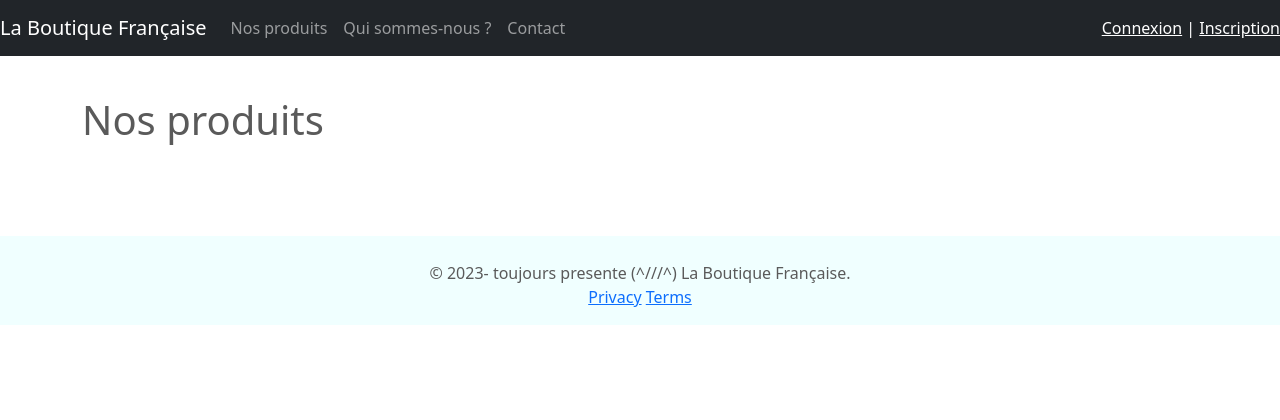
Repository: Coulibaly00180/laboutiquefrancaise
Page: templates/product/index.html.twig
The author's editor kept a copy of each file at every save. The page is drawn from the files as they stood at one save, then again after the next save.
The browser window is 1280 px wide. The pictures show the whole page.
The page is a Twig template of a Symfony application; nobody is signed in and links lead nowhere. The template is opened directly, without the code that normally fills it, so the values that code supplies are empty.

Above is the page before, as saved 2023-03-05 15:51:16.

### templates/product/index.html.twig
{% extends 'base.html.twig' %}

{% block title %}Nos produits - La Boutique Française{% endblock %}

{% block content %}
    <div class="row">
        <div class="col-md-3">
        </div>
        <div class="col-md-9">
        </div>
    </div>
    <h1>Nos produits</h1>

    <div class="row product-container">
        {% for product in products %}
            <div class="col-md-4">
                <div class="product-item text-center">
                    <a href="{{ path('app_product', {'slug': product.slug}) }}"><img src="/uploads/{{ product.illustration }}" alt="{{ product.name }}" class="img-fluid"></a>
                    <h5>{{ product.name }}</h5>
                    <span class="product-subtitle">{{ product.subtitle }}</span>
                    <span class="product-price">{{ (product.price / 100) | number_format(2, ',', '.')}} €</span>
                </div>
            </div>
        {% endfor %}
    </div>

{% endblock %}

### templates/base.html.twig
<!doctype html>
<html lang="fr">
<head>
    <meta charset="utf-8">
    <meta name="viewport" content="width=device-width, initial-scale=1, shrink-to-fit=no">
    <meta name="description" content="">
    <meta name="author" content="Coulibaly Abdoulaye Christian">
    <meta name="generator" content="Jekyll v4.1.1">
    <title>{% block title %}La Boutique Française - 100% Made in French{% endblock %}</title>

    <!-- Bootstrap core CSS -->
    <link href="{{ asset('assets/css/bootstrap.min.css') }}" rel="stylesheet">
    <link href="{{ asset('assets/css/style.css') }}" rel="stylesheet">

    <style>
        .bd-placeholder-img {
            font-size: 1.125rem;
            text-anchor: middle;
            -webkit-user-select: none;
            -moz-user-select: none;
            -ms-user-select: none;
            user-select: none;
        }

        @media (min-width: 768px) {
            .bd-placeholder-img-lg {
                font-size: 3.5rem;
            }
        }
    </style>
    <!-- Custom styles for this template -->
    <link href="{{ asset('assets/css/carousel.css') }}" rel="stylesheet">
</head>
<body>
    <header>
        <nav class="navbar navbar-expand-md navbar-dark fixed-top bg-dark">
            <a class="navbar-brand" href="{{path('app_home') }}">La Boutique Française</a>
            <button class="navbar-toggler" type="button" data-toggle="collapse" data-target="#navbarCollapse" aria-controls="navbarCollapse" aria-expanded="false" aria-label="Toggle navigation">
                <span class="navbar-toggler-icon"></span>
            </button>
            <div class="collapse navbar-collapse" id="navbarCollapse">
                <ul class="navbar-nav me-auto mb-2 mb-md-0">
                    <li class="nav-item active">
                        <a class="nav-link" href="{{path('app_products') }}">Nos produits</a>
                    </li>
                    <li class="nav-item">
                        <a class="nav-link" href="#">Qui sommes-nous ?</a>
                    </li>
                    <li class="nav-item">
                        <a class="nav-link" href="#">Contact</a>
                    </li>

                </ul>

                <div class="navbar-item-custom">
                    {% if app.user %}
                        <a href=" {{path('app_account') }}">Mon compte <small>( {{app.user.lastName}} )</small></a> | <a href=" {{ path('app_logout') }}">Déconnexion</a>
                    {% else %}
                        <a href=" {{ path('app_login') }}">Connexion</a> | <a href="{{ path('app_register') }}">Inscription</a>
                    {% endif %}
                </div>

            </div>
        </nav>
    </header>

    <main role="main">

        {% if block('carousel') is defined %}

        <div id="myCarousel" class="carousel slide" data-ride="carousel">
            <ol class="carousel-indicators">
                <li data-target="#myCarousel" data-slide-to="0" class="active"></li>
                <li data-target="#myCarousel" data-slide-to="1"></li>
                <li data-target="#myCarousel" data-slide-to="2"></li>
            </ol>
            <div class="carousel-inner">
                <div class="carousel-item active">
                    <svg class="bd-placeholder-img" width="100%" height="100%" xmlns="http://www.w3.org/2000/svg" preserveAspectRatio="xMidYMid slice" focusable="false" role="img"><rect width="100%" height="100%" fill="#777"/></svg>
                    <div class="container">
                        <div class="carousel-caption text-left">
                            <h1>Example headline.</h1>
                            <p>Cras justo odio, dapibus ac facilisis in, egestas eget quam. Donec id elit non mi porta gravida at eget metus. Nullam id dolor id nibh ultricies vehicula ut id elit.</p>
                            <p><a class="btn btn-lg btn-primary" href="#" role="button">Sign up today</a></p>
                        </div>
                    </div>
                </div>
                <div class="carousel-item">
                    <svg class="bd-placeholder-img" width="100%" height="100%" xmlns="http://www.w3.org/2000/svg" preserveAspectRatio="xMidYMid slice" focusable="false" role="img"><rect width="100%" height="100%" fill="#777"/></svg>
                    <div class="container">
                        <div class="carousel-caption">
                            <h1>Another example headline.</h1>
                            <p>Cras justo odio, dapibus ac facilisis in, egestas eget quam. Donec id elit non mi porta gravida at eget metus. Nullam id dolor id nibh ultricies vehicula ut id elit.</p>
                            <p><a class="btn btn-lg btn-primary" href="#" role="button">Learn more</a></p>
                        </div>
                    </div>
                </div>
                <div class="carousel-item">
                    <svg class="bd-placeholder-img" width="100%" height="100%" xmlns="http://www.w3.org/2000/svg" preserveAspectRatio="xMidYMid slice" focusable="false" role="img"><rect width="100%" height="100%" fill="#777"/></svg>
                    <div class="container">
                        <div class="carousel-caption text-right">
                            <h1>One more for good measure.</h1>
                            <p>Cras justo odio, dapibus ac facilisis in, egestas eget quam. Donec id elit non mi porta gravida at eget metus. Nullam id dolor id nibh ultricies vehicula ut id elit.</p>
                            <p><a class="btn btn-lg btn-primary" href="#" role="button">Browse gallery</a></p>
                        </div>
                    </div>
                </div>
            </div>
            <a class="carousel-control-prev" href="#myCarousel" role="button" data-slide="prev">
                <span class="carousel-control-prev-icon" aria-hidden="true"></span>
                <span class="sr-only">Previous</span>
            </a>
            <a class="carousel-control-next" href="#myCarousel" role="button" data-slide="next">
                <span class="carousel-control-next-icon" aria-hidden="true"></span>
                <span class="sr-only">Next</span>
            </a>
        </div>

        {% endif %}


        <!-- Marketing messaging and featurettes
        ================================================== -->
        <!-- Wrap the rest of the page in another container to center all the content. -->

        <div class="container marketing {% if block('carousel') is not defined %} mt-5 {% endif %}">

            {% block content %}

            {% endblock %}

        </div><!-- /.container -->

        <!-- FOOTER -->
        <footer class="footer-custom">
            <p>&copy; 2023- toujours presente (^///^) La Boutique Française. <br>
                <a href="#">Privacy</a> <a href="#">Terms</a>
            </p>
        </footer>
    </main>
    <script src="https://code.jquery.com/jquery-3.5.1.slim.min.js"></script>
    <script src="{{ asset('assets/js/bootstrap.bundle.js') }}"></script>
</body>
</html>

### public/assets/css/style.css
body{
    position: relative;
}

.navbar-item-custom, .navbar-item-custom a{
    color: #fff;
}

.footer-custom{
    text-align: center;
    position: absolute;
    bottom: 0;
    width: 100%;
    background-color: azure;
    padding-top: 25px;
}

.product-item {
    margin-top: 50px;
}

.product-item h5{
    text-transform: uppercase;
    font-size: 18px;
    margin-bottom: 1px;
}

.product-item .product-subtitle{
    font-size: 14px;
    display: block;
    margin-bottom: 10px;
}

.product-item .product-price{
    font-size: 14px;
    font-weight: bold;
}

.product-container {
    margin-bottom: 125px;
}

### public/assets/css/carousel.css
/* GLOBAL STYLES
-------------------------------------------------- */
/* Padding below the footer and lighter body text */

body {
    padding-top: 3rem;
    padding-bottom: 3rem;
    color: #5a5a5a;
}


/* CUSTOMIZE THE CAROUSEL
-------------------------------------------------- */

/* Carousel base class */
.carousel {
    margin-bottom: 4rem;
}
/* Since positioning the image, we need to help out the caption */
.carousel-caption {
    bottom: 3rem;
    z-index: 10;
}

/* Declare heights because of positioning of img element */
.carousel-item {
    height: 32rem;
}
.carousel-item > img {
    position: absolute;
    top: 0;
    left: 0;
    min-width: 100%;
    height: 32rem;
}


/* MARKETING CONTENT
-------------------------------------------------- */

/* Center align the text within the three columns below the carousel */
.marketing .col-lg-4 {
    margin-bottom: 1.5rem;
    text-align: center;
}
.marketing h2 {
    font-weight: 400;
}
.marketing .col-lg-4 p {
    margin-right: .75rem;
    margin-left: .75rem;
}


/* Featurettes
------------------------- */

.featurette-divider {
    margin: 5rem 0; /* Space out the Bootstrap <hr> more */
}

/* Thin out the marketing headings */
.featurette-heading {
    font-weight: 300;
    line-height: 1;
    letter-spacing: -.05rem;
}


/* RESPONSIVE CSS
-------------------------------------------------- */

@media (min-width: 40em) {
    /* Bump up size of carousel content */
    .carousel-caption p {
        margin-bottom: 1.25rem;
        font-size: 1.25rem;
        line-height: 1.4;
    }

    .featurette-heading {
        font-size: 50px;
    }
}

@media (min-width: 62em) {
    .featurette-heading {
        margin-top: 7rem;
    }
}

Loaded but not shown: public/assets/css/bootstrap.min.css (library); public/assets/js/bootstrap.bundle.js (library)

After the next save:
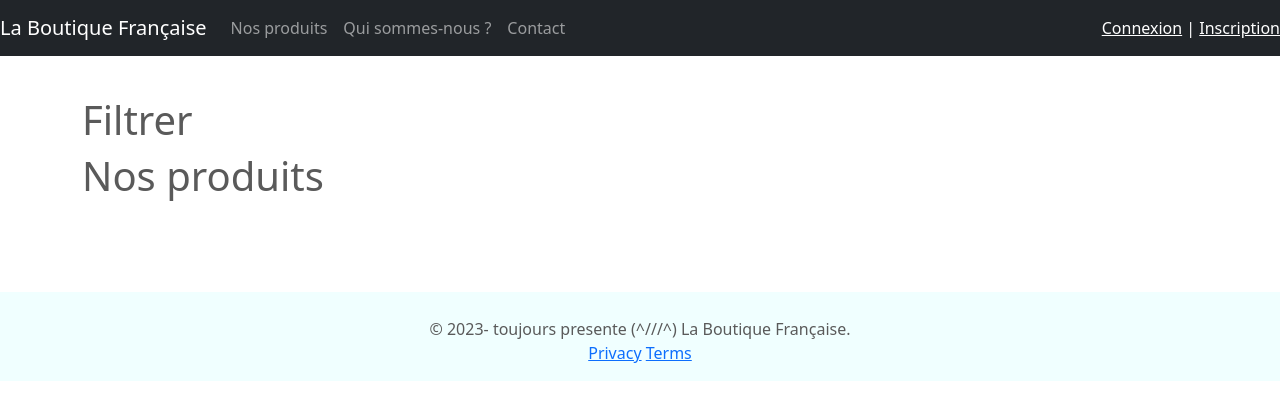
Saved 2 min 2 s later.
--- a/templates/product/index.html.twig
+++ b/templates/product/index.html.twig
@@ -5,6 +5,7 @@
 {% block content %}
     <div class="row">
         <div class="col-md-3">
+            <h1>Filtrer</h1>
         </div>
         <div class="col-md-9">
         </div>

After the save that followed:
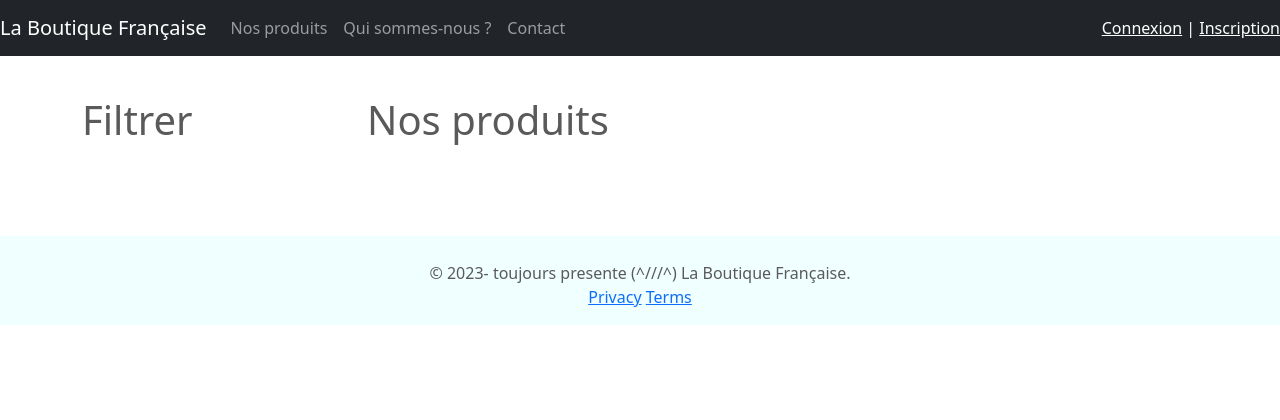
Saved 24 s later.
--- a/templates/product/index.html.twig
+++ b/templates/product/index.html.twig
@@ -8,9 +8,7 @@
             <h1>Filtrer</h1>
         </div>
         <div class="col-md-9">
-        </div>
-    </div>
-    <h1>Nos produits</h1>
+            <h1>Nos produits</h1>
 
     <div class="row product-container">
         {% for product in products %}
@@ -24,5 +22,8 @@
             </div>
         {% endfor %}
     </div>
+        </div>
+    </div>
+
 
 {% endblock %}
